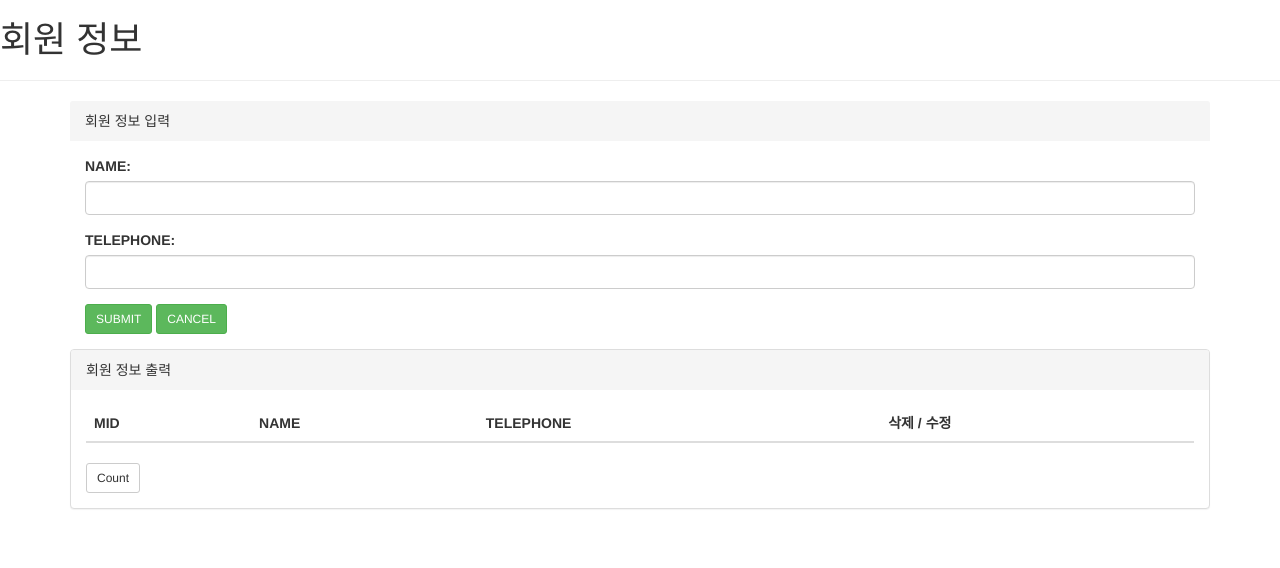
Repository: CHAEYUN7074/SpringMVCStudy
Page: http://localhost/mybatisWork02/MemberList.jsp
The author's editor kept a copy of each file at every save. The page is drawn from the files as they stood at one save, then again after the next save.
The browser window is 1280 px wide. The pictures show the whole page.
The page is served by Tomcat 9. The template is opened directly, without the code that normally fills it, so the values that code supplies are empty.

Above is the page before, as saved 2021-12-20 01:17:27.

### mybatisWork02/WebContent/MemberList.jsp
<%@ page contentType="text/html; charset=UTF-8"%>
<%@ taglib prefix="c" uri="http://java.sun.com/jsp/jstl/core"%>
<%
	request.setCharacterEncoding("UTF-8");
String cp = request.getContextPath();
%>
<!DOCTYPE html>
<html>
<head>
<meta charset="UTF-8">
<title>MemberList.jsp</title>
<!-- 부트스트랩 css -->
<link rel="stylesheet"
	href="https://maxcdn.bootstrapcdn.com/bootstrap/3.3.2/css/bootstrap.min.css">
<!-- 제이쿼리 script -->
<script type="text/javascript"
	src="http://code.jquery.com/jquery.min.js"></script>
<!-- 부트스트랩 script -->
<script
	src="https://maxcdn.bootstrapcdn.com/bootstrap/3.3.2/js/bootstrap.min.js"></script>

<script type="text/javascript">
	$(function()
	{
		$(".btnDelete").click(
				function()
				{
					if (confirm("현재 선택한 데이터를 정말 삭제하시겠습니까?"))
					{
						$(location).attr("href",
								"memberdelete.action?mid=" + $(this).val());
					}
				});

		$(".btnUpdate").click(function()
		{
			$("title").html("회원 정보 수정").css(
			{
				"color" : "red",
				"font-weight" : "bold"
			});

			var mid = $(this).parents("tr").find("td:eq(0)").text();
			var name = $(this).parents("tr").find("td:eq(1)").text(); // 부모 tr의 0번째 td의 글자
			var telephone = $(this).parents("tr").find("td:eq(2)").text();

			$("#mid").val(mid);
			$("#name").val(name);
			$("#telephone").val(telephone);

			$("form").attr("action", "memberupdate.action"); // 지금은 action 속성이 memberinsert.action인데 이것을 바꾸겠다.
		});


		$(".btnCancle").click(function()
		{
			$("title").html("회원 정보 수정").css(
					{
						"color" : "black",
						"font-weight" : "normal"
					});
			$("form").attr("action", "memberinsert.action");
		});

	});
</script>
</head>
<body>
	<div>
		<h1>회원 정보</h1>
		<hr>
	</div>

	<div class="container">
		<div class="panel-group">
			<div class="panel-default">
				<div class="panel-heading" id="title">회원 정보 입력</div>
				<div class="panel-body">
					<form role="form" action="memberinsert.action" method="post">
						<!-- role : 어떤 역할을 수행한다~ -->
						<input type="hidden" id="mid" name="mid">

						<div class="form-group">
							<label for="name"> NAME: </label> <input type="text"
								class="form-control" id="name" name="name">
						</div>
						<div class="form-group">
							<label for="telephone"> TELEPHONE: </label> <input type="tel"
								class="form-control" id="telephone" name="telephone">
						</div>
						<button type="submit" class="btn btn-success btn-sm">SUBMIT</button>
						<button type="reset" class="btn btn-success btn-sm btnCancel">CANCEL</button>
					</form>
				</div>
			</div>
			<!-- close .panel-default -->

			<div class="panel panel-default">
				<div class="panel-heading">회원 정보 출력</div>
				<div class="panel-body">
					<table class="table">
						<thead>
							<tr>
								<th>MID</th>
								<th>NAME</th>
								<th>TELEPHONE</th>
								<th>삭제 / 수정</th>
							</tr>
						</thead>
						<tbody>
							<!--
                  <tr>
                     <td>1</td>
                     <td>전혜림</td>
                     <td>010-1111-1111</td>
                     <td>
                        <button type="button" class="btn btn-default btn-xs btnDelete">삭제</button>
                        <button type="button" class="btn btn-default btn-xs btnUpdate">수정</button>
                     </td>
                  </tr>
                  <tr>
                     <td>2</td>
                     <td>선혜연</td>
                     <td>010-2222-2222</td>
                     <td>
                        <button type="button" class="btn btn-default btn-xs btnDelete">삭제</button>
                        <button type="button" class="btn btn-default btn-xs btnUpdate">수정</button>
                     </td>
                  </tr>
                   -->
							<c:forEach var="member" items="${list }">
								<tr>
									<td>${member.mid }</td>
									<td>${member.name }</td>
									<td>${member.telephone }</td>
									<td>
										<button type="button" class="btn btn-danger btn-xs btnDelete"
											value="${member.mid }">삭제</button>
										<button type="button" class="btn btn-primary btn-xs btnUpdate"
											value="${member.mid }">수정</button>
									</td>
								</tr>
							</c:forEach>
						</tbody>
					</table>
					<button type="button" class="btn btn-default btn-sm">
						Count <span class="badge">${count }</span>
					</button>
				</div>
			</div>
		</div>
	</div>

</body>
</html>

After the next save:
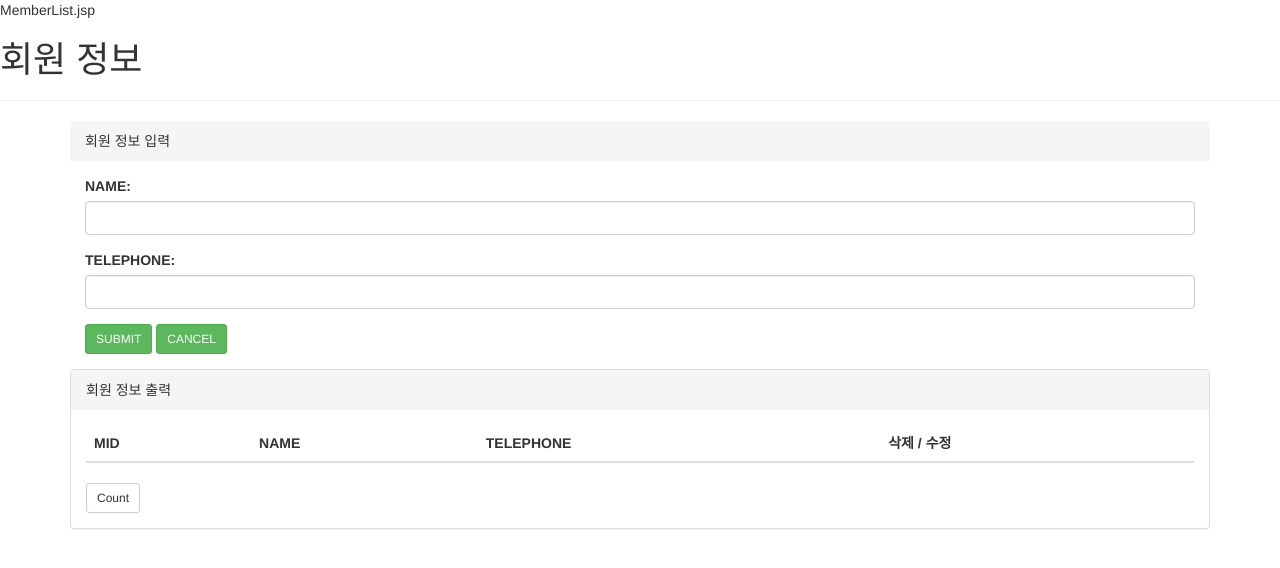
Saved 7 min 24 s later.
--- a/mybatisWork02/WebContent/MemberList.jsp
+++ b/mybatisWork02/WebContent/MemberList.jsp
@@ -8,6 +8,7 @@
 <html>
 <head>
 <meta charset="UTF-8">
+<meta name="viewport" content="width=device-width, initial-scale=1"
 <title>MemberList.jsp</title>
 <!-- 부트스트랩 css -->
 <link rel="stylesheet"

After the save that followed:
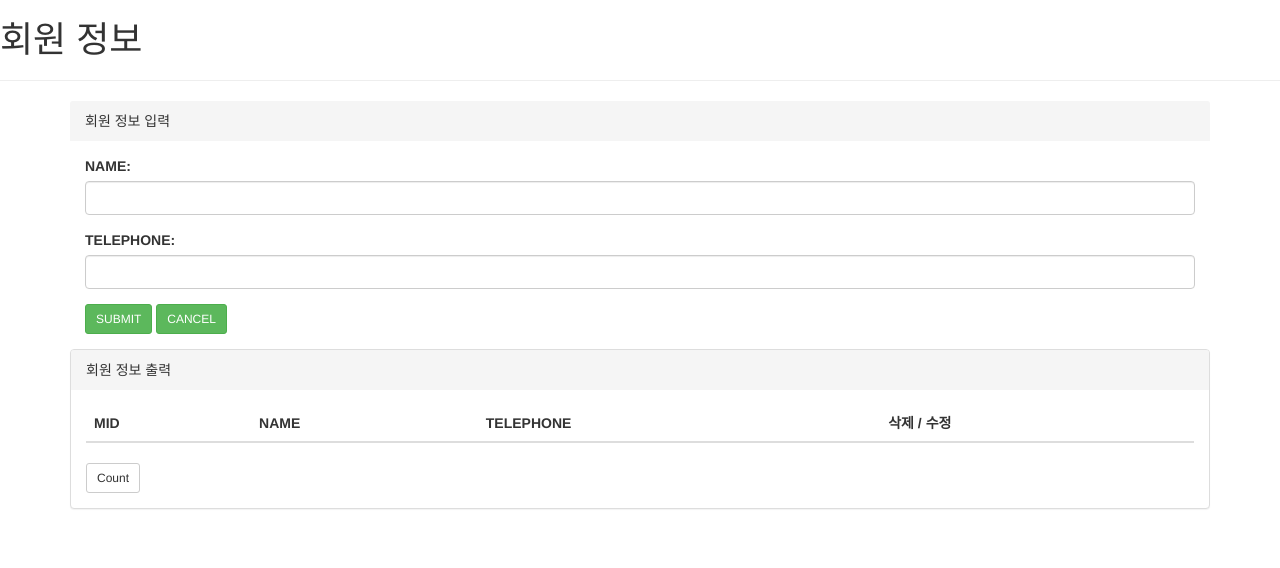
Saved 7 s later.
--- a/mybatisWork02/WebContent/MemberList.jsp
+++ b/mybatisWork02/WebContent/MemberList.jsp
@@ -8,7 +8,7 @@
 <html>
 <head>
 <meta charset="UTF-8">
-<meta name="viewport" content="width=device-width, initial-scale=1"
+<meta name="viewport" content="width=device-width, initial-scale=1">
 <title>MemberList.jsp</title>
 <!-- 부트스트랩 css -->
 <link rel="stylesheet"
